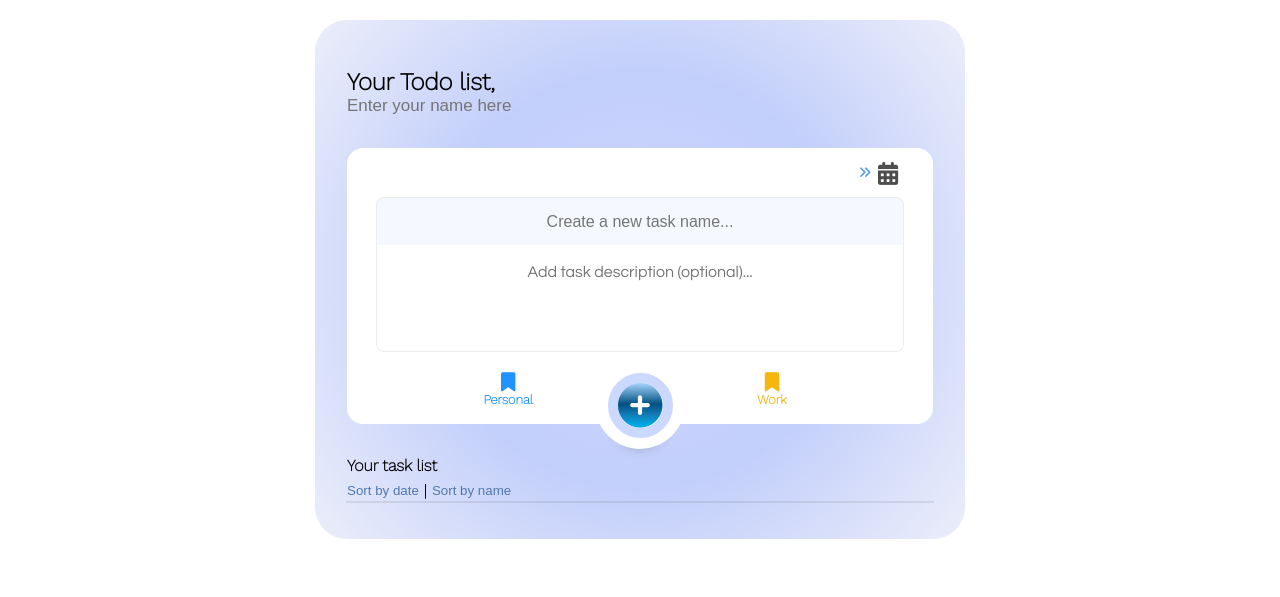
Repository: WesleyErasmus/Todo-App
Page: todoApp.html
The author's editor kept a copy of each file at every save. The page is drawn from the files as they stood at one save, then again after the next save.
The browser window is 1280 px wide. The pictures show the whole page.
Some web libraries are served in a nearby version.

Above is the page before, as saved 2022-06-26 19:32:05.

After the next save:
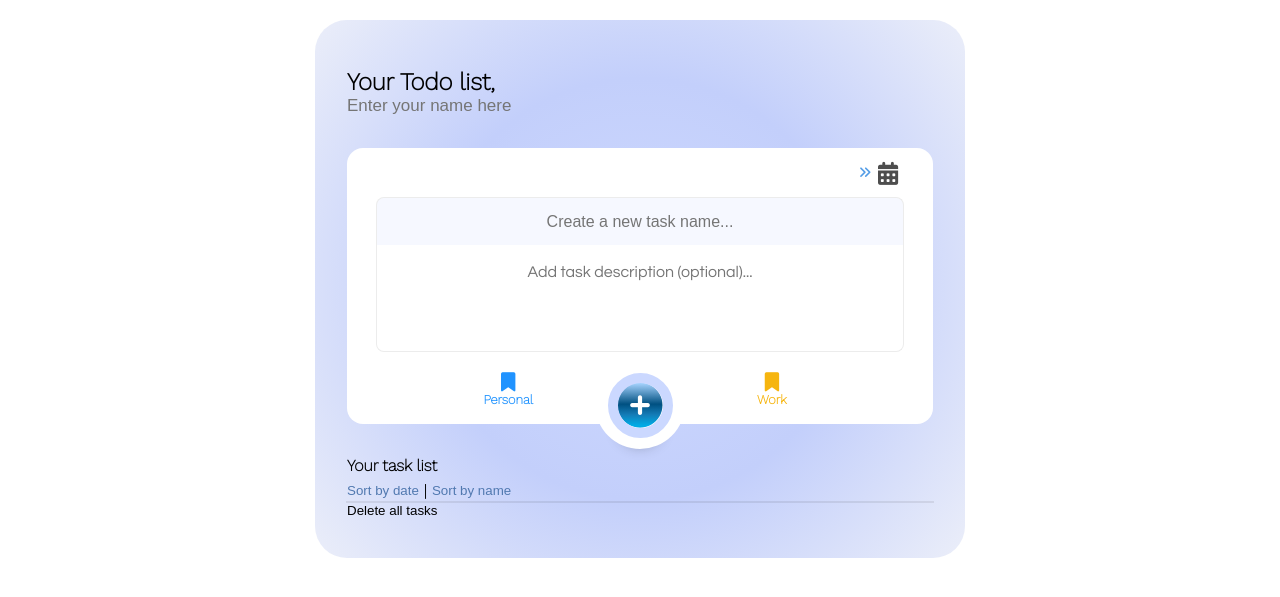
Saved 12 min 44 s later.
--- a/todoApp.html
+++ b/todoApp.html
@@ -96,6 +96,7 @@
             </div>
             <div class="task-count"></div>
             <!-- End of task list -->
+            <button onclick="clearTasks" >Delete all tasks</button>
         </section>
     </main> <!-- End of App wrapper -->
 
